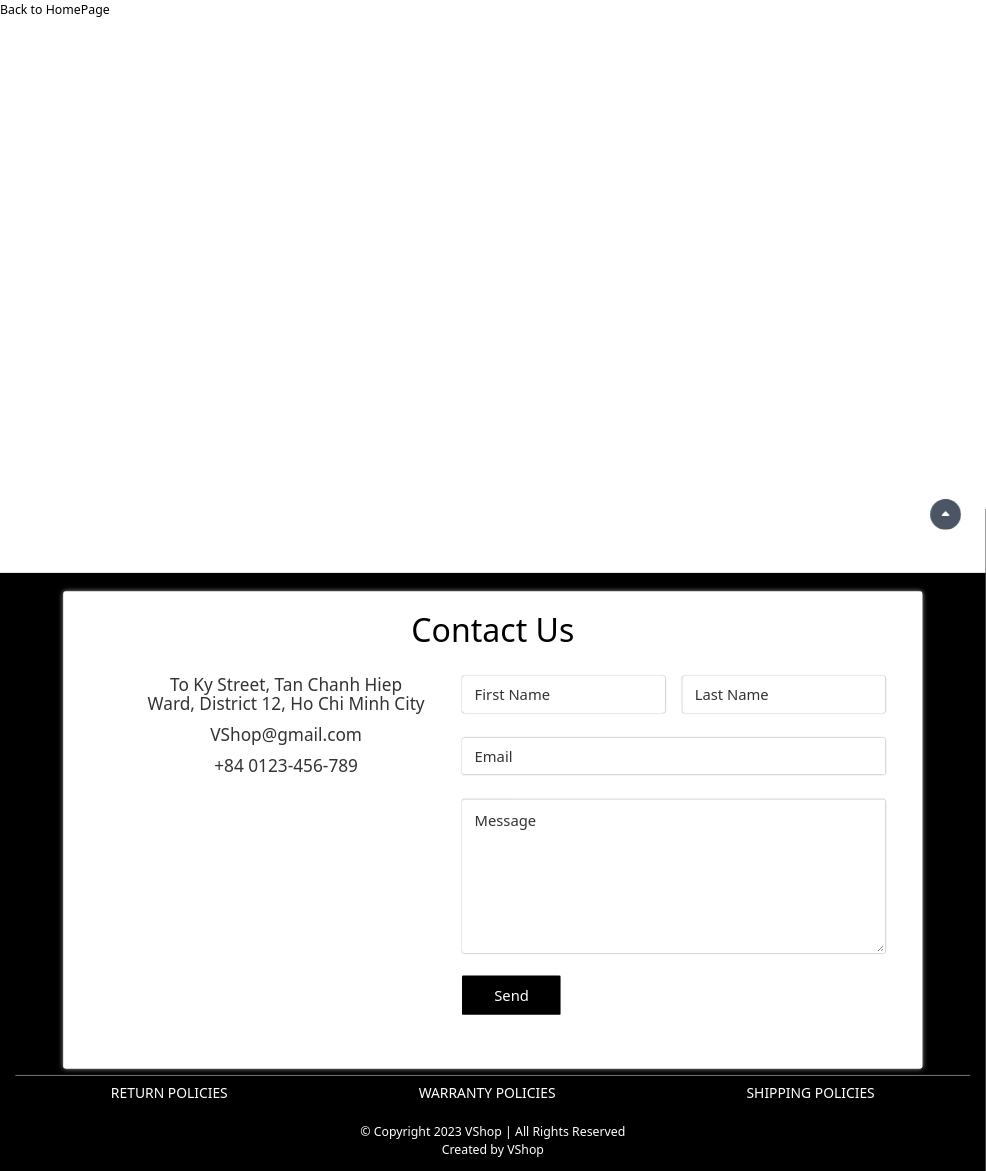
Repository: Kith933UTH/VSHOP
Page: /user
These files come from the project's save history. The page is drawn as it stood at one moment and after the next save; the edit follows.
The browser window is 1280 px wide. The pictures show the whole page, at 77% of full size.
Pictures or frames that could not be fetched are drawn as grey boxes. The project was rebuilt for these pictures with package versions that can differ from the ones it lists, and the page was loaded fresh each time. Also part of the build but not shown: src/components/product-item/ProductItem.js, src/components/loader/Loader.js, src/constants/constants.js, src/components/product-filters/Category.js, src/components/product-filters/Price.js, src/components/product-filters/Rating.js, src/components/product-filters/ProductFilters.js, src/components/cart-shopping/CartEmpty.js and 25 more.

Above is the page before, as saved 2023-08-05 22:22:18.

### public/index.html
<!DOCTYPE html>
<html lang="en">
  <head>
    <meta charset="utf-8" />
    <link rel="icon" href="./logo.png" />
    <meta name="viewport" content="width=device-width, initial-scale=1" />
    <meta name="theme-color" content="#000000" />
    <meta
      name="description"
      content="Web site created using create-react-app"
    />
    <link rel="apple-touch-icon" href="%PUBLIC_URL%/logo192.png" />
    <!--
      manifest.json provides metadata used when your web app is installed on a
      user's mobile device or desktop. See https://developers.google.com/web/fundamentals/web-app-manifest/
    -->
    <link rel="manifest" href="%PUBLIC_URL%/manifest.json" />
    <!--
      Notice the use of %PUBLIC_URL% in the tags above.
      It will be replaced with the URL of the `public` folder during the build.
      Only files inside the `public` folder can be referenced from the HTML.

      Unlike "/favicon.ico" or "favicon.ico", "%PUBLIC_URL%/favicon.ico" will
      work correctly both with client-side routing and a non-root public URL.
      Learn how to configure a non-root public URL by running `npm run build`.
    -->
    <title>VShop</title>
  </head>
  <body>
    <noscript>You need to enable JavaScript to run this app.</noscript>
    <div id="root"></div>
  </body>
</html>

### src/index.js
import React from 'react'
import ReactDOM from 'react-dom/client'
import App from './App'
import {Provider} from "react-redux"
import {BrowserRouter} from "react-router-dom"
import {store} from "./redux"
import './index.css'

const root = ReactDOM.createRoot(document.getElementById('root'))
root.render(
    <Provider store={store}>
        <BrowserRouter>
            <App />
        </BrowserRouter>
    </Provider>
)

### src/App.js
import React from "react"
// import { useState } from "react"
import {Context} from "./context/context"
import {Route, Routes} from "react-router-dom"
import {HomePage} from "./pages/HomePage"
import {ProductOverView} from "./pages/ProductOverView"
// import {Header} from "./components/header/Header"
import {Footer} from "./components/footer/Footer"
import {BtnScroll} from "./components/btn-scroll/BtnScroll"
import { LoginPage } from "./components/login/LoginPage"
import { RegisterPage } from "./components/login/RegisterPage"
import { PrivatePage } from "./pages/PrivatePage"
import { ProductOverViewPrivate } from "./pages/ProductOverViewPrivate"
import { ReturnPolicy } from "./components/policy/ReturnPolicy"
import { WarrantyPolicy } from "./components/policy/WarrantyPolicy"
import { ShippingPolicy } from "./components/policy/ShippingPolicy"
import { AdminPage } from "./pages/AdminPage"
import { Payment } from "./components/payment/Payment"
import { Success } from "./components/payment/Success"
import { User } from "./components/user/User"
export default function App() {
    const productId = {id: 0}
    return (
        <main>
            <Context.Provider value={productId}>
                {/* <Header /> */}
                <Routes>
                    {/* <Route path='/private' element={ <PrivatePage /> }/> */}
                    <Route index element={ <HomePage /> }/>
                    <Route path='/products/:id' element={ <ProductOverView /> }/>
                    {/* <Route path='/private/private/products/:id' element={ <ProductOverViewPrivate /> }/> */}
                    <Route path="/login" element={ <LoginPage /> } />
                    <Route path="/register" element={ <RegisterPage /> } />
                    <Route path="/return-policy" element={ <ReturnPolicy /> } />
                    <Route path="/warranty-policy" element={ <WarrantyPolicy /> } />
                    <Route path="/shipping-policy" element={ <ShippingPolicy /> } />
                    <Route path="/admin" element={ <AdminPage /> } />
                    <Route path="/payment" element={ <Payment /> } />
                    {/* <Route path="/private/payment" element={ <Payment /> } /> */}
                    <Route path="/products/:id/payment" element={ <Payment /> } />
                    {/* <Route path="/private/private/products/:id/payment" element={ <Payment /> } /> */}
                    <Route path="/success" element={ <Success /> } />
                    <Route path="/user" element={ <User /> } />
                </Routes>
                <BtnScroll />
                <Footer/>
            </Context.Provider>
        </main>
    )
}

### src/redux/index.js
import {configureStore} from "@reduxjs/toolkit"
import {productsApi} from "./products/products.api"
import {productReducer} from "./products/products.slice"
import {setupListeners} from "@reduxjs/toolkit/query"

export const store = configureStore({
    reducer: {
        [productsApi.reducerPath]: productsApi.reducer,
        product: productReducer
    },
    middleware: getDefaultMiddleware => getDefaultMiddleware().concat(productsApi.middleware)
})

setupListeners(store.dispatch)

### src/index.css
@tailwind base;
@tailwind components;
@tailwind utilities;

@layer utilities {
    input[type="number"]::-webkit-inner-spin-button,
    input[type="number"]::-webkit-outer-spin-button {
        @apply appearance-none;
    }
}

html, body {
    width: 100%;
    height: 100%;
}

body::-webkit-scrollbar,
.box-item::-webkit-scrollbar,
.search-box::-webkit-scrollbar{
    width: 8px;
}

main {
    display: flex;
    flex-direction: column;
    height: 100%;
}

body::-webkit-scrollbar-thumb,
.box-item::-webkit-scrollbar-thumb,
.search-box::-webkit-scrollbar-thumb{
    background-color: #ccc;
    border-radius: 20px;
}

#root {
    height: 100%;
}

body {
    overflow: hidden;
}

.productItem:hover {
    transition: opacity .3s linear;
    opacity: .5;
}

.box-item {
    height: 320px;
    overflow-y: scroll;
}

/* Loader */
.loader-box {
    width: 100px;
    height: 100px;
    display: flex;
    justify-content: center;
    align-items: center;
    margin: 50px auto 0;
}

.loader{
    position: relative;
    width: 70px;
    height: 70px;
}

.loader span {
    position: absolute;
    top:0;
    left: 0;
    width: 100%;
    height: 100%;
    transform: rotate(calc(18deg * var(--i)));
}

.loader span::before {
    content:'';
    position: absolute;
    top: 0;
    left: 0;
    width: 10px;
    height: 10px;
    background: #000;
    border-radius: 50%;
    transform: scale(0);
    animation: animate 2s linear infinite;
    animation-delay: calc(0.1s * var(--i));
}
@keyframes animate {
    0%{
        transform: scale(0);
    }
    10%{
        transform: scale(1.2);
    }
    80%,100%{
        transform: scale(0);
    }
}

### src/context/context.js
import {createContext} from "react"

export const Context = createContext()

### src/components/footer/Footer.js
import React from "react"
import { Contact } from "../contact/Contact"
import { Policy } from "../policy/Policy"
export function Footer() {
    return (
        <footer className='bg-black text-white in-h-fit'>
            {/* <div className='max-w-[1240px] mx-auto py-2 text-sm sm:text-base'>
                <div className='flex justify-center'>
                    <a href='https://github.com/VolodymyrGoshko/react-shop'
                       target='_blank'
                       rel="noreferrer"
                       className='capitalize border-b mb-3 text-base hover:text-gray-300 transition'
                    >
                        view source code on github
                    </a>
                </div>
                <div className='flex justify-center flex-col items-center'>
                    <p className='text-center'>© Copyright 2022 React Shop | All Rights Reserved</p>
                    <a href='https://www.linkedin.com/in/volodymyr-goshko-656ab920b/'
                       target="_blank"
                       rel="noreferrer"
                       className='hover:text-gray-300 transition'
                    >
                        Created by Volodymyr Goshko
                    </a>
                </div>
            </div> */}
            <Contact />
            <Policy />
            <div className='flex justify-center flex-col items-center my-4'>
                    <p className='text-center'>© Copyright 2023 VShop | All Rights Reserved</p>
                    <a href='#' className='hover:text-gray-300 transition' >
                        Created by VShop
                    </a>
                </div>
        </footer>
    )
}

### src/components/btn-scroll/BtnScroll.js
import React from "react"
import {FontAwesomeIcon} from "@fortawesome/react-fontawesome"
import {faCaretUp} from "@fortawesome/free-solid-svg-icons"

export function BtnScroll() {
    const topClick = () => {
        const body = document.querySelector('body').getBoundingClientRect().top + window.scrollY
        window.scroll({
            top: body,
            behavior: 'smooth'
        })
    }

    return (
        <button
            className='fixed bottom-8 right-4 bg-gray-600 text-white rounded-full w-[30px] h-[30px] md:w-[40px] md:h-[40px] md:right-8 md:bottom-8 z-20 shadow-gray-600'
            onClick={topClick}
        >
            <FontAwesomeIcon icon={faCaretUp}/>
        </button>
    )
}

### src/components/user/User.js
import React from "react"
import {useSelector} from "react-redux"
import { Link, useNavigate } from "react-router-dom"
import { OrderItem } from "./OrderItem"

export function User() {
    const navigate = useNavigate()
    const {cart, order} = useSelector(state => state.product)
    const totalPrice = (items) => {
        let price = 0
        items.forEach(item => price += item.price * item.quantity)
        return Math.round(price * 100) / 100
    }

    return (
        <>
        <Link to="/">Back to HomePage</Link>
        <div className={`min-w-[400px] min-h-screen flex flex-col items-center ${cart.length > 2 ? 'box-item' : ''}`}>
            {!order
            ? 'No order yet'
            : order.map((items, index) =>
            <div key={index} className="border-2 rounded border-black mb-10 w-4/5">
                <div className="text-2xl font-medium"> Order {index + 1} </div>
                {items.map(item => <OrderItem key={item.id} item={item}/>)}
                <div className='mr-0 sm:mr-4 font-semibold'>
                    <span className='mr-2 text-base sm:text-xl'>Total:</span>
                    <span className='text-base sm:text-xl'>{totalPrice(items)} $</span>
                </div>
            </div>
            )}
        </div>
        </>
    )
}

### src/redux/products/products.api.js
import {createApi, fetchBaseQuery} from "@reduxjs/toolkit/query/react"

export const productsApi = createApi({
    reducerPath: 'products/api',
    baseQuery: fetchBaseQuery({
        baseUrl: 'https://fakestoreapi.com'
    }),
    // refetchOnFocus: true,
    endpoints: build => ({
        getProductsAll: build.query({
            query:() => ({
                url: '/products'
            })
        }),
        getProductById: build.query({
            query:(id) => ({
                url: `/products/${id}`
            })
        }),
        getProductByCategory: build.query({
            query:(category) => ({
                url: `/products/category/${category}`
            })
        })
    })
})

export const {
    useGetProductsAllQuery,
    useGetProductByIdQuery,
    useGetProductByCategoryQuery
} = productsApi

### src/redux/products/products.slice.js
import {createSlice} from "@reduxjs/toolkit"

const productsSlice = createSlice({
    name: 'products',
    initialState: {
        cart: [],
        btnCart: null,
        filters: {},
        search: false,
        searchFilterProducts: null,
        logged: false,
        user: {username: 'username', password: 'password'},
        order: JSON.parse(localStorage.getItem("ORDER")) || []
    },
    reducers: {
        clearCart(state, action) {
            state.cart = state.cart.slice(0, action.payload)
        },
        addProductToCart(state, action) {
            state.cart.push({...action.payload, quantity: 1})
        },
        incrementProductInCart(state, action) {
            const item = state.cart.find(item => item.id === action.payload)
            item.quantity++
        },
        decrementProductInCart(state, action) {
            const item = state.cart.find(item => item.id === action.payload)
            if (item.quantity === 1) {
                item.quantity = 1
            } else {
                item.quantity--
            }
        },
        toggleBtnCart(state, action) {
            state.btnCart = action.payload
        },
        removeItemFromCart(state, action) {
            state.cart = state.cart.filter(el => el.id !== action.payload)
        },
        filtersProductsByCategory(state, action) {
            state.filters = action.payload
        },
        toggleSearchForm(state, action) {
            state.search = action.payload
        },
        toggleLogin(state, action) {
            state.logged = action.payload
        },
        setSearchFilterProducts(state, action) {
            state.searchFilterProducts = action.payload
        },
        setLocalStorage(state, action) {
            state.order.push(action.payload)
            localStorage.setItem('ORDER', JSON.stringify(state.order))
        }
    },
})

export const productReducer = productsSlice.reducer
export const {
    clearCart,
    addProductToCart,
    incrementProductInCart,
    decrementProductInCart,
    toggleBtnCart,
    removeItemFromCart,
    filtersProductsByCategory,
    toggleSearchForm,
    toggleLogin,
    setSearchFilterProducts,
    setLocalStorage
} = productsSlice.actions

### src/components/policy/Policy.js
import React from "react"
import { Link } from "react-router-dom"
export function Policy() {
    return (
        <div className='text-white in-h-fit max-w-[1240px] mx-auto py-2 text-sm sm:text-base flex justify-around items-cente'>
            <Link className='text-lg font-medium text-center' to='/return-policy'>
                RETURN POLICIES
            </Link>
            <Link className='text-lg font-medium text-center' to='/warranty-policy'>
                WARRANTY POLICIES
            </Link>
            <Link className='text-lg font-medium text-center' to='/shipping-policy'>
                SHIPPING POLICIES
            </Link>
        </div>
    )
}

### src/components/contact/index.css
.contact-section {
    /* height: 96vh; */
    width: 100%;
    border-bottom: 1px solid #999;
}

.form-area {
    position: relative;
    /* height:84vh; */
    width: 100%;
    background: black;
    -webkit-box-sizing: border-box;
    box-sizing: border-box;
}

.form-area .form-wrap {
    /* position: absolute; */
    /* left: 50%;
    -webkit-transform: translateX(-50%);
    -ms-transform: translateX(-50%);
    transform: translateX(-50%); */
    width: 1120px;
    background-color: white;
    background-size: cover;
    background-position: center;
    border-radius: 0.2rem;
    -webkit-box-sizing: border-box;
    box-sizing: border-box;
    -webkit-box-shadow: 0 0 0.4rem 0 #999;
    box-shadow: 0 0 0.4rem 0 #999;
}

.form-wrap .title {
    padding-top: 2.4rem;
    width: 100%;
    -webkit-box-sizing: border-box;
    box-sizing: border-box;
}

.form-wrap .title h1 {
    color: black;
    font-size: 2.6rem;
    text-align: center;
}

.form-wrap .contact-area {
    padding-top: 3rem;
    display: -webkit-box;
    display: -ms-flexbox;
    display: flex;
    width: 100%;
    height: auto;
    -webkit-box-sizing: border-box;
    box-sizing: border-box;
}

.contact-area .contact-info {
    display: flex;
    flex-direction: column;
    justify-content: center;
    align-items: center;
    width: 35%;
    height: 100%;
    margin-left: 6rem;
}

.contact-info>div {
    margin-bottom: 1rem;
    display: -webkit-box;
    display: -ms-flexbox;
    display: flex;
    -webkit-box-align: center;
    -ms-flex-align: center;
    align-items: center;
}

.contact-info>div>p {
    color: #333;
    font-size: 1.4rem;
    font-weight: 500;
    text-align: center;
}

.contact-info>div>span {
    color: #61790a;
    font-size: 2rem;
    margin-right: 0.8rem;
}

.contact-area .contact-form {
    display: -webkit-box;
    display: -ms-flexbox;
    display: flex;
    -webkit-box-orient: vertical;
    -webkit-box-direction: normal;
    -ms-flex-direction: column;
    flex-direction: column;
    width: 60%;
    height: auto;
    padding: 0 3rem;
    -webkit-box-sizing: border-box;
    box-sizing: border-box;
}

.contact-form .name-field {
    display: -webkit-box;
    display: -ms-flexbox;
    display: flex;
    -webkit-box-pack: justify;
    -ms-flex-pack: justify;
    justify-content: space-between;
}

.name-field .input-area {
    width: 48%;
}

.contact-form .input-area {
    position: relative;
    margin-bottom: 2rem;
}

.input-area input {
    height: 3rem;
    width: 100%;
    color: #333;
    font-size: 1.2rem;
    border: 2px solid #fff;
    border-radius: 0.2rem;
    /* background: #eff; */
    -webkit-box-shadow: 0 0 0.1rem #666;
    box-shadow: 0 0 0.1rem #666;
    outline: none;
    padding: 0 1rem;
    -webkit-box-sizing: border-box;
    box-sizing: border-box;
    -webkit-transition: all 0.3s ease;
    -o-transition: all 0.3s ease;
    transition: all 0.3s ease;
}

.input-area label {
    position: absolute;
    top: 50%;
    left: 1rem;
    -webkit-transform: translateY(-50%);
    -ms-transform: translateY(-50%);
    transform: translateY(-50%);
    color: #333;
    font-size: 1.2rem;
    font-weight: 500;
    -webkit-transition: all 0.3s ease;
    -o-transition: all 0.3s ease;
    transition: all 0.3s ease;
}

.input-area input:focus~label,
.input-area input:valid~label {
    top: -0.8rem;
    left: 0;
    color: #fff;
    background: #111;
    border-radius: 5px;
    padding: 0.2rem;
    font-size: 1rem;
}

.contact-form .message-area {
    position: relative;
    -webkit-box-flex: 1;
    -ms-flex: 1 1 auto;
    flex: 1 1 auto;
    height: 200px;
    width: 100%;
}

.message-area textarea {
    height: 100%;
    width: 100%;
    border: 2px solid #fff;
    outline: none;
    font-size: 1.2rem;
    padding: 1rem;
    color: #333;
    -webkit-box-sizing: border-box;
    box-sizing: border-box;
    -webkit-box-shadow: 0 0 0.1rem #666;
    box-shadow: 0 0 0.1rem #666;
    border-radius: 0.2rem;
    resize: vertical;
    -webkit-transition: all 0.3s ease;
    -o-transition: all 0.3s ease;
    transition: all 0.3s ease;
}

.message-area label {
    position: absolute;
    color: #333;
    font-weight: 500;
    font-size: 1.2rem;
    top: 1rem;
    left: 1rem;
    -webkit-transition: all 0.3s ease;
    -o-transition: all 0.3s ease;
    transition: all 0.3s ease;
}

.message-area textarea:focus~label,
.message-area textarea:valid~label {
    top: -1.6rem;
    left: 0;
    color: #fff;
    padding: 0.2rem;
    background: #111;
    font-size: 1rem;
}

.contact-form .btn {
    margin-top: 1.8rem;
}

.contact-form .btn button {
    height: 3.2rem;
    width: 8rem;
    border: none;
    outline: none;
    color: #fff;
    font-size: 1.2rem;
    background: black;
    border-radius: 0.1rem;
    cursor: pointer;
}

#contact.menu-active {
    padding-top: 2rem;
}

### src/components/contact/reponsive.css
@media screen and (min-width: 940px) and (max-width: 1360px) {
    /* .contact-section {
        height: 107vh;
    } */
    .form-area .form-wrap {
        width: 90%;
        height: 620px;
    }
}

@media screen and (max-width: 1040px) {
    .contact-area .contact-info {
        margin-left: 0;
        display: flex;
        flex-direction: column;
        justify-content: center;
        align-items: center;
    }

    .contact-area .contact-form {
        padding: 0 1.8rem;
    }

}



@media screen and (max-width: 940px) {
    /* .contact-section {
        height: 148vh;
    } */

    .form-area .form-wrap {
        padding-bottom: 3.6rem;
        width: 80%;
        height: auto;
    }

    .form-wrap .contact-area {
        -webkit-box-orient: vertical;
        -webkit-box-direction: normal;
        -ms-flex-direction: column;
        flex-direction: column;
        -webkit-box-pack: center;
        -ms-flex-pack: center;
        justify-content: center;
    }

    .contact-area .contact-info {
        width: 100%;
    }

    .contact-area .contact-form {
        width: 100%;
        padding: 1rem 4rem 0 4rem;
    }
}

/*
@media screen and (max-width: 836px) {
    .contact-section {
        min-height: 96vh;
    }
} */

@media screen and (max-width: 770px) {
    .contact-section {
        height: 1100px;
    }

    .form-area .form-wrap {
        width: 88%;
        height: auto;
    }
}

@media screen and (max-width: 680px) {
    .contact-section {
        height: 1100px;
    }


    .form-area .form-wrap {
        /* top: -82%; */
        width: 88%;
        height: auto;
    }

}


@media screen and (max-width: 490px) {
    .contact-section {
        height: 1100px;
    }

    .contact-area .contact-info {
        width: 88%;
        margin-left: 1.2rem;
    }

    .form-area .form-wrap {
        /* top: -82%; */
        width: 88%;
        height: auto;
    }

    .contact-info>div>p {
        font-size: 1.2rem;
    }

    .contact-area .contact-form {
        margin-top: 1.4rem;
        padding: 0 1.2rem;
    }

}

@media screen and (max-width: 390px) {
    .contact-section {
        height: 1130px;
    }

    .contact-area .contact-info {
        width: 80%;
        /* margin-left: 1.2rem; */
    }

    .form-area .form-wrap {
        width: 90%;
        height: auto;
    }

    .contact-info>div>p {
        font-size: 1.2rem;
    }

    .contact-area .contact-form {
        width: 100%;
        padding: 1rem 1rem 0 1rem;
    }
}


@media screen and (max-width: 340px) {
    .contact-section {
        height: 980px;
    }

    .form-area .form-wrap {
        top: -86%;
        width: 96%;
    }

    .contact-area  {
        width: 100%;
    }

    .contact-area .contact-info {
        width: 100%;
        margin-left: 1rem;
    }

    .form-wrap .title h1 {
        font-size: 2rem;
    }

    .contact-info>h2 {
        font-size: 1.6rem;
    }

    .contact-info>div>p {
        font-size: 1rem;
    }

    .contact-info>div>span {
        font-size: 1.2rem;
    }

    .input-area label {
        font-size: 1rem;
    }

    .message-area label {
        font-size: 1rem;
    }

}

Loaded but not shown: tailwind.config.js (common file); src/components/contact/Contact.js (66 lines, source omitted)

After the next save:
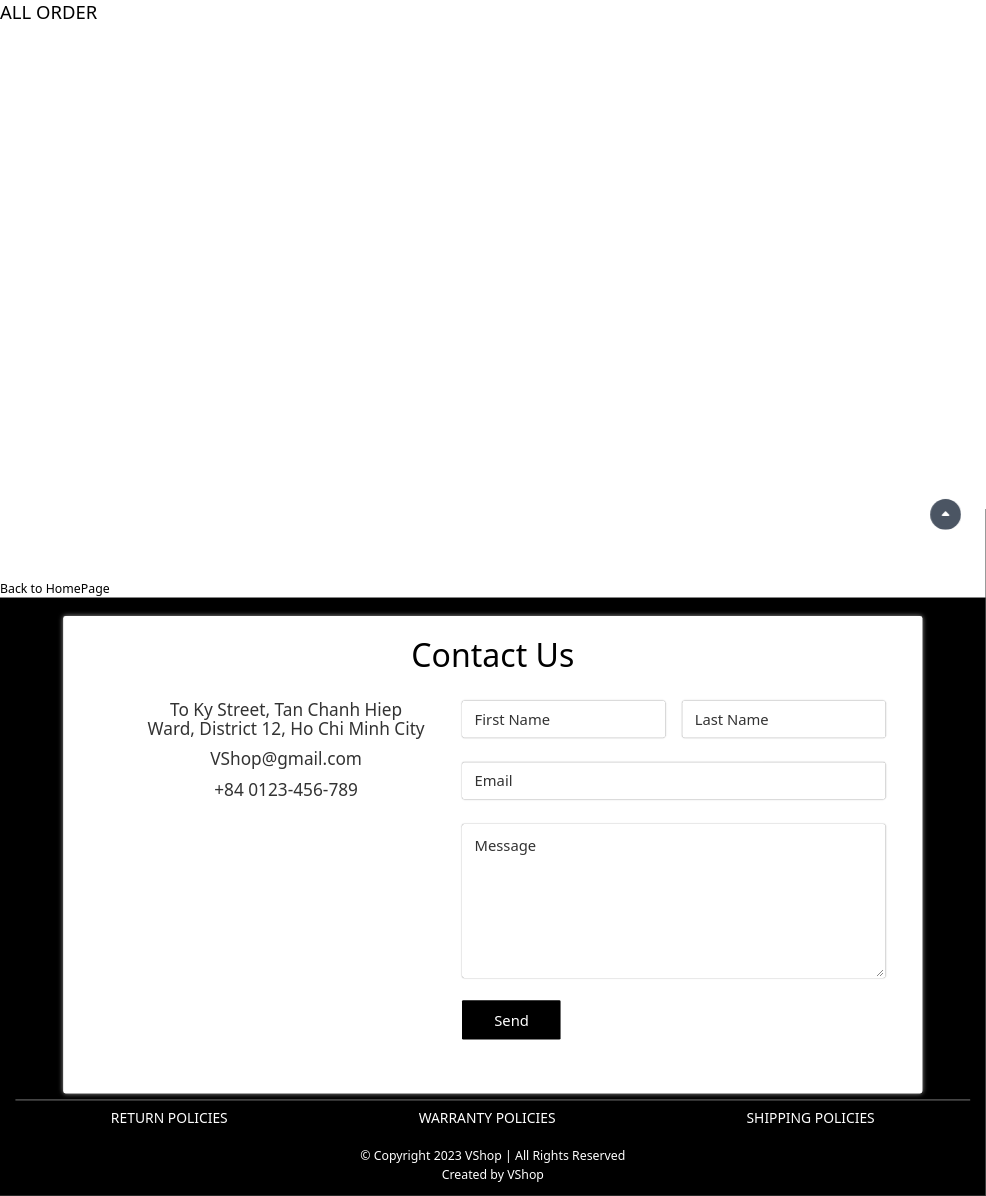
Saved 2 min 14 s later.
--- a/src/components/user/User.js
+++ b/src/components/user/User.js
@@ -14,7 +14,7 @@ export function User() {
 
     return (
         <>
-        <Link to="/">Back to HomePage</Link>
+        <div className="text-2xl font-medium">ALL ORDER</div>
         <div className={`min-w-[400px] min-h-screen flex flex-col items-center ${cart.length > 2 ? 'box-item' : ''}`}>
             {!order
             ? 'No order yet'
@@ -29,6 +29,7 @@ export function User() {
             </div>
             )}
         </div>
+        <Link to="/">Back to HomePage</Link>
         </>
     )
 }
